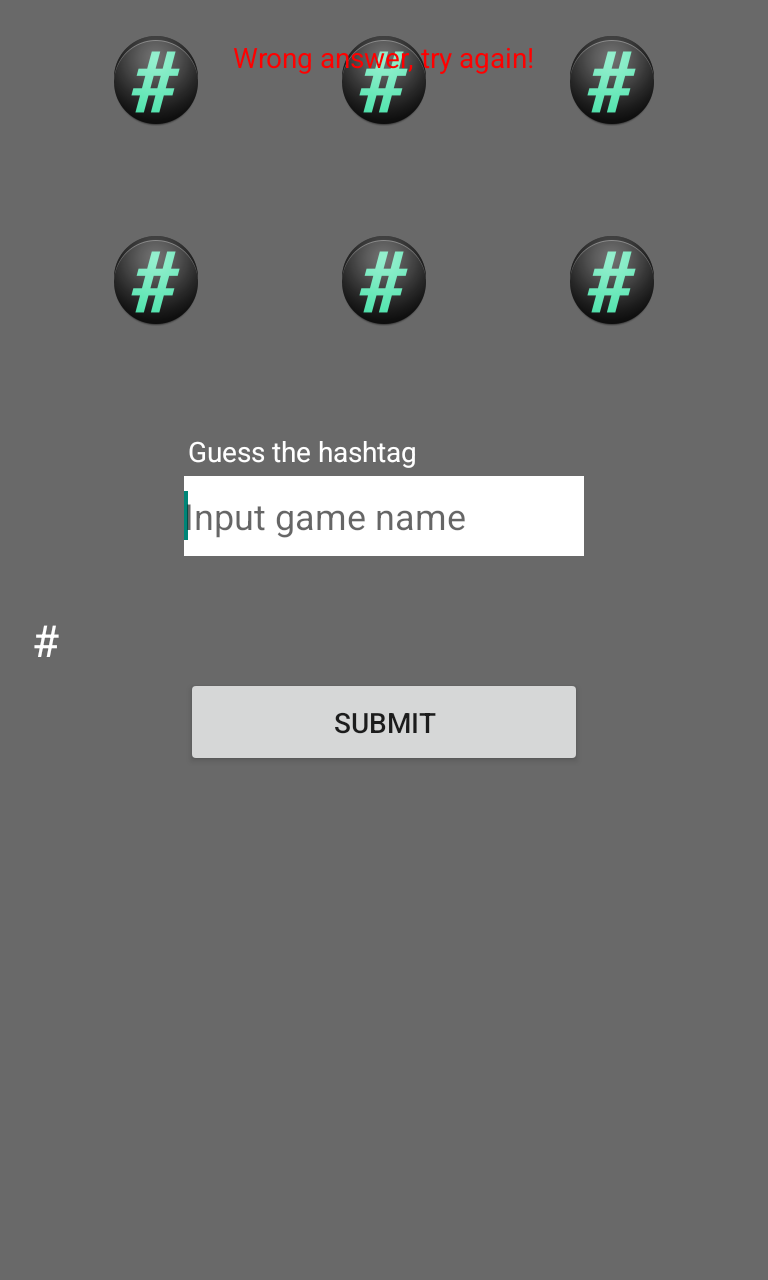
Repository: Hannanina/GuessTag
Layout: GuessTag/res/layout/activity_guess_tag.xml
The author's editor kept a copy of each file at every save. The layout is drawn from the files as they stood at one save, then again after the next save.
It is drawn on a 768 x 1280 px phone screen (xhdpi) without system bars, with theme AppTheme; the app's code is not run.

Above is the layout before, as saved 2014-12-17 10:54:23.

### GuessTag/res/layout/activity_guess_tag.xml
<RelativeLayout xmlns:android="http://schemas.android.com/apk/res/android"
    xmlns:tools="http://schemas.android.com/tools"
    android:layout_width="match_parent"
    android:layout_height="match_parent"
    android:paddingBottom="@dimen/activity_vertical_margin"
    android:paddingLeft="@dimen/activity_horizontal_margin"
    android:paddingRight="@dimen/activity_horizontal_margin"
    android:paddingTop="@dimen/activity_vertical_margin"
    android:background="@color/DimGray"
    tools:context="com.example.guesstag.GuessTagActivity" >


   <LinearLayout
       android:id="@+id/top_image_container"
       android:layout_width="fill_parent"
       android:layout_height="100dp"
       android:paddingLeft="5dp"
       android:paddingRight="5dp" >
   		<ImageView
       		android:id="@+id/image_one"
       		android:layout_width="0dp"
       		android:layout_height="wrap_content"
       		android:layout_weight="0.33"
       		android:maxHeight="100dp"
	   		android:contentDescription="@string/image_one"
	   		android:src="@drawable/ic_launcher" >
   		</ImageView>
   		<ImageView
       		android:id="@+id/image_two"
       		android:layout_width="0dp"
       		android:layout_height="wrap_content"
       		android:layout_weight="0.33"
       		android:paddingRight="5dp"
       		android:paddingLeft="5dp"
       		android:contentDescription="@string/image_two"
       		android:src="@drawable/ic_launcher" >
   		</ImageView>
   		<ImageView
       		android:id="@+id/image_three"
       		android:layout_width="0dp"
       		android:layout_height="wrap_content"
       		android:layout_weight="0.33"
       		android:contentDescription="@string/image_three"
       		android:src="@drawable/ic_launcher" >
   		</ImageView>
   </LinearLayout>
   <LinearLayout
       android:id="@+id/bottom_image_container"
       android:layout_width="fill_parent"
       android:layout_height="100dp"
       android:paddingLeft="5dp"
       android:paddingRight="5dp"
       android:layout_below="@+id/top_image_container" >
   		<ImageView
       		android:id="@+id/image_four"
       		android:layout_width="0dp"
       		android:layout_height="wrap_content"
       		android:layout_weight="0.33"
	   		android:contentDescription="@string/image_four"
	   		android:src="@drawable/ic_launcher" >
   		</ImageView>
   		<ImageView
       		android:id="@+id/image_five"
       		android:layout_width="0dp"
       		android:layout_height="wrap_content"
       		android:layout_weight="0.33"
       		android:paddingRight="5dp"
       		android:paddingLeft="5dp"
       		android:contentDescription="@string/image_five"
       		android:src="@drawable/ic_launcher" >
   		</ImageView>
   		<ImageView
       		android:id="@+id/image_six"
       		android:layout_width="0dp"
       		android:layout_height="wrap_content"
       		android:layout_weight="0.33"
       		android:contentDescription="@string/image_six"
       		android:src="@drawable/ic_launcher" >
   		</ImageView>
   </LinearLayout>
   <LinearLayout
        android:id="@+id/input_container"
        android:orientation="vertical"
        android:layout_width="200dp"
        android:layout_height="96dp"
        android:layout_centerHorizontal="true"
        android:layout_below="@+id/bottom_image_container" >
   		<TextView
        	android:id="@+id/guess_the_hashtag"
        	android:layout_width="wrap_content"
	    	android:layout_height="wrap_content"
	    	android:layout_marginLeft="2dp"
	    	android:layout_marginBottom="3dp"
	    	android:text="@string/guess_the_hashtag"
	    	android:textColor="@color/White">
    	</TextView>
    	<EditText
        	android:id="@+id/input_game_name"
        	android:layout_width="match_parent"
        	android:layout_height="40dp"
        	android:layout_gravity="center"
        	android:background="@color/White"
        	android:ems="10"
        	android:hint="@string/input_game_name" >
        	<requestFocus />
    	</EditText>
    </LinearLayout>
    <TextView
       	android:id="@+id/textView3"
        android:layout_width="wrap_content"
        android:layout_height="wrap_content"
        android:layout_marginLeft="2dp"
	    android:layout_marginTop="3dp"
        android:layout_centerHorizontal="true"
        android:layout_below="@+id/"
        android:text="@string/wrong_answer"
        android:textColor="@color/Red"
        android:textAppearance="?android:attr/textAppearanceSmall" >
    </TextView>
    <TextView
        android:id="@+id/textView2"
        android:layout_width="wrap_content"
        android:layout_height="wrap_content"
        android:layout_alignParentLeft="true"
        android:layout_centerVertical="true"
        android:text="#"
     	android:textColor="@color/White"
        android:textAppearance="?android:attr/textAppearanceLarge" />


    <Button
        android:id="@+id/buttonSubmit"
  	    android:layout_width="200dp"
	    android:layout_height="48dp"
        android:layout_below="@+id/input_container"
        android:layout_centerHorizontal="true"
        android:layout_marginTop="25dp"
        android:text="submit"
        android:onClick="onClickSubmit" />


</RelativeLayout>

### GuessTag/res/values/colors.xml
<?xml version="1.0" encoding="utf-8"?>
<resources>
 <color name="white">#FFFFFF</color>
 <color name="yellow">#FFFF00</color>
 <color name="fuchsia">#FF00FF</color>
 <color name="red">#FF0000</color>
 <color name="silver">#C0C0C0</color>
 <color name="gray">#808080</color>
 <color name="olive">#808000</color>
 <color name="purple">#800080</color>
 <color name="maroon">#800000</color>
 <color name="aqua">#00FFFF</color>
 <color name="lime">#00FF00</color>
 <color name="teal">#008080</color>
 <color name="green">#008000</color>
 <color name="blue">#0000FF</color>
 <color name="navy">#000080</color>
 <color name="black">#000000</color>


 <color name="White">#FFFFFF</color>
 <color name="Ivory">#FFFFF0</color>
 <color name="LightYellow">#FFFFE0</color>
 <color name="Yellow">#FFFF00</color>
 <color name="Snow">#FFFAFA</color>
 <color name="FloralWhite">#FFFAF0</color>
 <color name="LemonChiffon">#FFFACD</color>
 <color name="Cornsilk">#FFF8DC</color>
 <color name="Seashell">#FFF5EE</color>
 <color name="LavenderBlush">#FFF0F5</color>
 <color name="PapayaWhip">#FFEFD5</color>
 <color name="BlanchedAlmond">#FFEBCD</color>
 <color name="MistyRose">#FFE4E1</color>
 <color name="Bisque">#FFE4C4</color>
 <color name="Moccasin">#FFE4B5</color>
 <color name="NavajoWhite">#FFDEAD</color>
 <color name="PeachPuff">#FFDAB9</color>
 <color name="Gold">#FFD700</color>
 <color name="Pink">#FFC0CB</color>
 <color name="LightPink">#FFB6C1</color>
 <color name="Orange">#FFA500</color>
 <color name="LightSalmon">#FFA07A</color>
 <color name="DarkOrange">#FF8C00</color>
 <color name="Coral">#FF7F50</color>
 <color name="HotPink">#FF69B4</color>
 <color name="Tomato">#FF6347</color>
 <color name="OrangeRed">#FF4500</color>
 <color name="DeepPink">#FF1493</color>
 <color name="Fuchsia">#FF00FF</color>
 <color name="Magenta">#FF00FF</color>
 <color name="Red">#FF0000</color>
 <color name="OldLace">#FDF5E6</color>
 <color name="LightGoldenrodYellow">#FAFAD2</color>
 <color name="Linen">#FAF0E6</color>
 <color name="AntiqueWhite">#FAEBD7</color>
 <color name="Salmon">#FA8072</color>
 <color name="GhostWhite">#F8F8FF</color>
 <color name="MintCream">#F5FFFA</color>
 <color name="WhiteSmoke">#F5F5F5</color>
 <color name="Beige">#F5F5DC</color>
 <color name="Wheat">#F5DEB3</color>
 <color name="SandyBrown">#F4A460</color>
 <color name="Azure">#F0FFFF</color>
 <color name="Honeydew">#F0FFF0</color>
 <color name="AliceBlue">#F0F8FF</color>
 <color name="Khaki">#F0E68C</color>
 <color name="LightCoral">#F08080</color>
 <color name="PaleGoldenrod">#EEE8AA</color>
 <color name="Violet">#EE82EE</color>
 <color name="DarkSalmon">#E9967A</color>
 <color name="Lavender">#E6E6FA</color>
 <color name="LightCyan">#E0FFFF</color>
 <color name="BurlyWood">#DEB887</color>
 <color name="Plum">#DDA0DD</color>
 <color name="Gainsboro">#DCDCDC</color>
 <color name="Crimson">#DC143C</color>
 <color name="PaleVioletRed">#DB7093</color>
 <color name="Goldenrod">#DAA520</color>
 <color name="Orchid">#DA70D6</color>
 <color name="Thistle">#D8BFD8</color>
 <color name="LightGrey">#D3D3D3</color>
 <color name="Tan">#D2B48C</color>
 <color name="Chocolate">#D2691E</color>
 <color name="Peru">#CD853F</color>
 <color name="IndianRed">#CD5C5C</color>
 <color name="MediumVioletRed">#C71585</color>
 <color name="Silver">#C0C0C0</color>
 <color name="DarkKhaki">#BDB76B</color>
 <color name="RosyBrown">#BC8F8F</color>
 <color name="MediumOrchid">#BA55D3</color>
 <color name="DarkGoldenrod">#B8860B</color>
 <color name="FireBrick">#B22222</color>
 <color name="PowderBlue">#B0E0E6</color>
 <color name="LightSteelBlue">#B0C4DE</color>
 <color name="PaleTurquoise">#AFEEEE</color>
 <color name="GreenYellow">#ADFF2F</color>
 <color name="LightBlue">#ADD8E6</color>
 <color name="DarkGray">#A9A9A9</color>
 <color name="Brown">#A52A2A</color>
 <color name="Sienna">#A0522D</color>
 <color name="YellowGreen">#9ACD32</color>
 <color name="DarkOrchid">#9932CC</color>
 <color name="PaleGreen">#98FB98</color>
 <color name="DarkViolet">#9400D3</color>
 <color name="MediumPurple">#9370DB</color>
 <color name="LightGreen">#90EE90</color>
 <color name="DarkSeaGreen">#8FBC8F</color>
 <color name="SaddleBrown">#8B4513</color>
 <color name="DarkMagenta">#8B008B</color>
 <color name="DarkRed">#8B0000</color>
 <color name="BlueViolet">#8A2BE2</color>
 <color name="LightSkyBlue">#87CEFA</color>
 <color name="SkyBlue">#87CEEB</color>
 <color name="Gray">#808080</color>
 <color name="Olive">#808000</color>
 <color name="Purple">#800080</color>
 <color name="Maroon">#800000</color>
 <color name="Aquamarine">#7FFFD4</color>
 <color name="Chartreuse">#7FFF00</color>
 <color name="LawnGreen">#7CFC00</color>
 <color name="MediumSlateBlue">#7B68EE</color>
 <color name="LightSlateGray">#778899</color>
 <color name="SlateGray">#708090</color>
 <color name="OliveDrab">#6B8E23</color>
 <color name="SlateBlue">#6A5ACD</color>
 <color name="DimGray">#696969</color>
 <color name="MediumAquamarine">#66CDAA</color>
 <color name="CornflowerBlue">#6495ED</color>
 <color name="CadetBlue">#5F9EA0</color>
 <color name="DarkOliveGreen">#556B2F</color>
 <color name="Indigo">#4B0082</color>
 <color name="MediumTurquoise">#48D1CC</color>
 <color name="DarkSlateBlue">#483D8B</color>
 <color name="SteelBlue">#4682B4</color>
 <color name="RoyalBlue">#4169E1</color>
 <color name="Turquoise">#40E0D0</color>
 <color name="MediumSeaGreen">#3CB371</color>
 <color name="LimeGreen">#32CD32</color>
 <color name="DarkSlateGray">#2F4F4F</color>
 <color name="SeaGreen">#2E8B57</color>
 <color name="ForestGreen">#228B22</color>
 <color name="LightSeaGreen">#20B2AA</color>
 <color name="DodgerBlue">#1E90FF</color>
 <color name="MidnightBlue">#191970</color>
 <color name="Aqua">#00FFFF</color>
 <color name="Cyan">#00FFFF</color>
 <color name="SpringGreen">#00FF7F</color>
 <color name="Lime">#00FF00</color>
 <color name="MediumSpringGreen">#00FA9A</color>
 <color name="DarkTurquoise">#00CED1</color>
 <color name="DeepSkyBlue">#00BFFF</color>
 <color name="DarkCyan">#008B8B</color>
 <color name="Teal">#008080</color>
 <color name="Green">#008000</color>
 <color name="DarkGreen">#006400</color>
 <color name="Blue">#0000FF</color>
 <color name="MediumBlue">#0000CD</color>
 <color name="DarkBlue">#00008B</color>
 <color name="Navy">#000080</color>
 <color name="Black">#000000</color>
</resources>

### GuessTag/res/values/strings.xml
<?xml version="1.0" encoding="utf-8"?>
<resources>

    <string name="app_name">guess#</string>
    <string name="hello_world">Hello world!</string>
    <string name="action_settings">Settings</string>

    <!-- BACK BUTTON -->
    <string name="button_back">Back</string>

    <!-- START ACTIVITY -->
    <string name="start_heading">guess#</string>
    <string name="button_start">New game</string>
    <string name="button_highscore">Highscore</string>
    <string name="button_rules">Rules</string>
    <string name="title_activity_rules">RulesActivity</string>

    <!-- RULES ACTIVITY -->
    <string name="rules_heading">Rules</string>
    <string name="rules_text">Lorem ipsum dolor sit amet, consectetuer adipiscing elit, sed diam nonummy nibh euismod tincidunt ut laoreet dolore magna aliquam erat volutpat. Ut wisi enim ad minim veniam, quis nostrud exerci tation ullamcorper suscipit lobortis nisl ut aliquip ex ea commodo consequat. Duis autem vel eum iriure dolor in hendrerit in vulputate velit esse molestie consequat, vel illum dolore eu feugiat nulla facilisis at vero eros et accumsan et iusto odio dignissim qui blandit praesent luptatum zzril delenit augue duis dolore te feugait nulla facilisi. Nam liber tempor cum soluta nobis eleifend option congue nihil imperdiet doming id quod mazim placerat facer possim assum. Typi non habent claritatem insitam; est usus legentis in iis qui facit eorum claritatem. Investigationes demonstraverunt lectores legere me lius quod ii legunt saepius. Claritas est etiam processus dynamicus, qui sequitur mutationem consuetudium lectorum. Mirum est notare quam littera gothica, quam nunc putamus parum claram, anteposuerit litterarum formas humanitatis per seacula quarta decima et quinta decima. Eodem modo typi, qui nunc nobis videntur parum clari, fiant sollemnes in futurum.</string>

    <!-- NEW ACTIVITY -->
    <string name="new_heading">New game</string>
    <string name="button_host">Host game</string>
    <string name="button_join">Join game</string>

    <!-- HOST ACTIVITY -->
    <string name="host_heading">Host game</string>
    <string name="game_name_instruction">Input game name</string>
    <string name="difficulty_setting_instruction">Set difficulty</string>
    <string name="input_game_name">Input game name</string>
    <string name="difficulty_setting_level">medium</string>
    <string name="button_create">Create game</string>

    <!-- WAIT HOST ACTIVITY -->
    <string name="host_wait_heading">Host game</string>
    <string name="waiting_for_players">Waiting for players.</string>
    <string name="button_start_game">Start game</string>

    <!-- WAIT GUEST ACTIVITY -->
    <string name="guest_wait_heading">Join game</string>
    <string name="waiting_for_host">Waiting for host.</string>

    <!-- INPUT TAG ACTIVITY -->
    <string name="title_activity_input_tag">InputTagActivity</string>
    <string name="title_activity_select_tagger">SelectTaggerActivity</string>

    <!-- TIMER ACTIVITY -->
    <string name="title_activity_timer">TimerActivity</string>
    <string name="title_activity_host">HostActivity</string>
    <string name="title_activity_guess_tag">GuessTagActivity</string>
    <string name="title_activity_result_round">ResultRoundActivity</string>
    <string name="title_activity_join_game">JoinGameActivity</string>
    <string name="title_activity_result_final">ResultFinalActivity</string>

    <!-- GUESS TAG ACTIVITY -->
    <string name="guess_the_hashtag">Guess the hashtag</string>
    <string name="wrong_answer">Wrong answer, try again!</string>
    <string name="image_one">Image 1</string>
    <string name="image_two">Image 2</string>
    <string name="image_three">Image 3</string>
    <string name="image_four">Image 4</string>
    <string name="image_five">Image 5</string>
    <string name="image_six">Image 6</string>

    <!-- HIGHSCORE ACTIVITY -->
    <string name="title_activity_highscore">Highscore List</string>
    <string name="title_section1">Easy</string>
    <string name="title_section2">Medium</string>
    <string name="title_section3">Hard</string>
    <string name="title_activity_wait_host">WaitHostActivity</string>
    <string name="title_activity_wait_guest">WaitGuestActivity</string>

    <!-- RESULT FINAL ACTIVITY -->
    <string name="final_result">Final result</string>
    <string name="button_end">End game</string>

    <!-- HIGHSCORE LIST ITEM -->
    <string name="game_name">game name</string>
    <string name="nr_of_guesses">55</string>
    <string name="total_time_spent">3:46</string>
    <string name="points">104</string>

    <!-- USER NAME POPUP -->
    <string name="choose_an_alias">Choose an alias</string>
    <string name="button_ok">OK</string>
    <string name="input_alias">alias</string>

        <string name="image_view_1">ImageView1</string>


</resources>

Loaded but not shown: GuessTag/res/values/styles.xml (common file); GuessTag/res/values-v11/styles.xml (common file); GuessTag/res/values-v14/styles.xml (common file); GuessTag/res/values/dimens.xml (common file); GuessTag/res/values-w820dp/dimens.xml (common file)

After the next save:
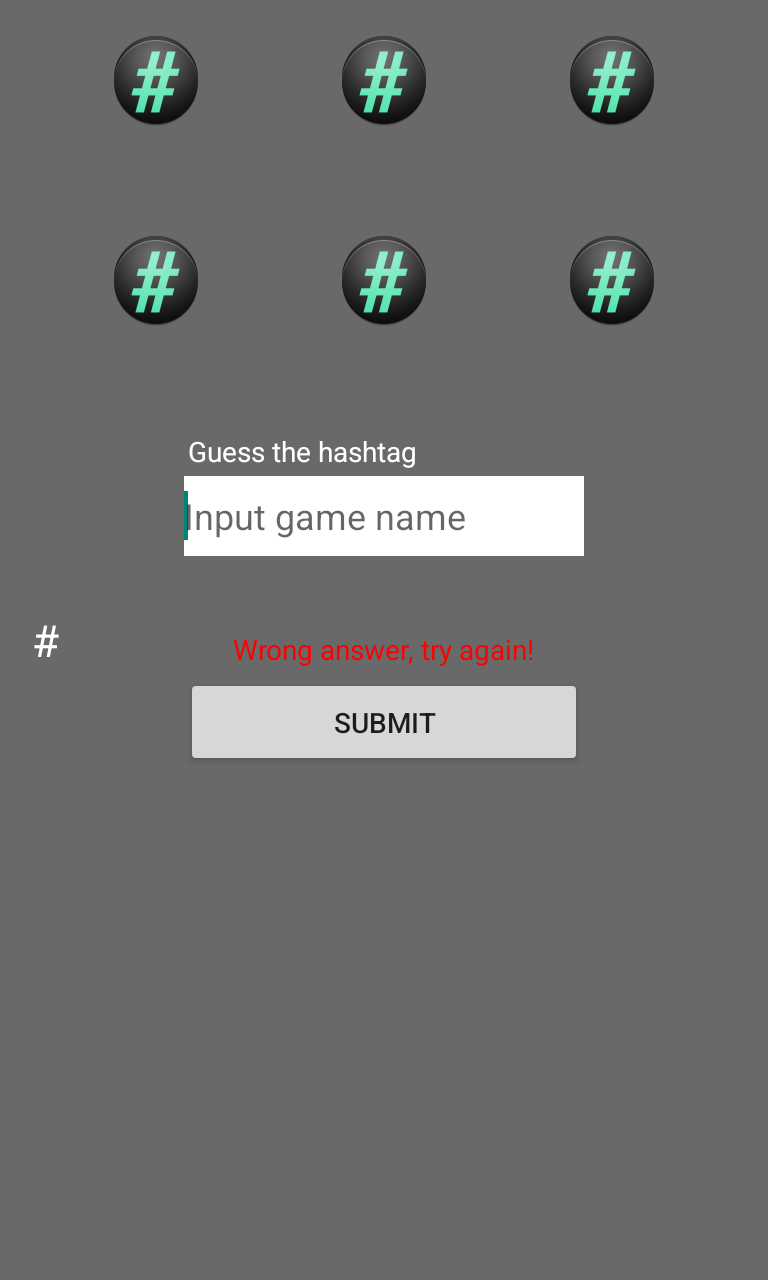
Saved 10 s later.
--- a/GuessTag/res/layout/activity_guess_tag.xml
+++ b/GuessTag/res/layout/activity_guess_tag.xml
@@ -112,7 +112,7 @@
         android:layout_marginLeft="2dp"
 	    android:layout_marginTop="3dp"
         android:layout_centerHorizontal="true"
-        android:layout_below="@+id/"
+        android:layout_below="@+id/input_container"
         android:text="@string/wrong_answer"
         android:textColor="@color/Red"
         android:textAppearance="?android:attr/textAppearanceSmall" >
